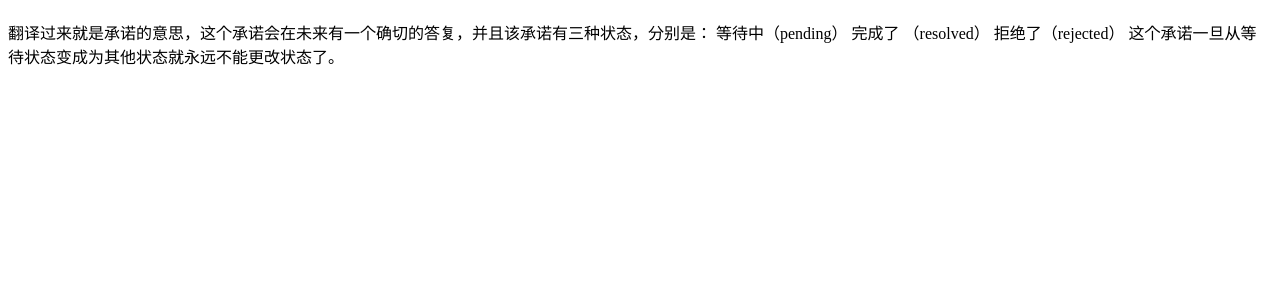
Repository: wuder-jie/Front-end-interview
Page: 01_Promise/index.html
An editor plug-in stored every save of this project. The page is shown before and after the next save, followed by the edit.
The browser window is 1280 px wide. The pictures show the whole page.

Above is the page before, as saved 2022-12-10 12:05:39.

### 01_Promise/index.html
<!DOCTYPE html>
<html lang="en">
  <head>
    <meta charset="UTF-8" />
    <meta http-equiv="X-UA-Compatible" content="IE=edge" />
    <meta name="viewport" content="width=device-width, initial-scale=1.0" />
    <title>Promise</title>
  </head>
  <body>
    <h2></h2>
    翻译过来就是承诺的意思，这个承诺会在未来有一个确切的答复，并且该承诺有三种状态，分别是：
    等待中（pending） 完成了 （resolved） 拒绝了（rejected）
    这个承诺一旦从等待状态变成为其他状态就永远不能更改状态了。
  </body>
</html>

After the next save:
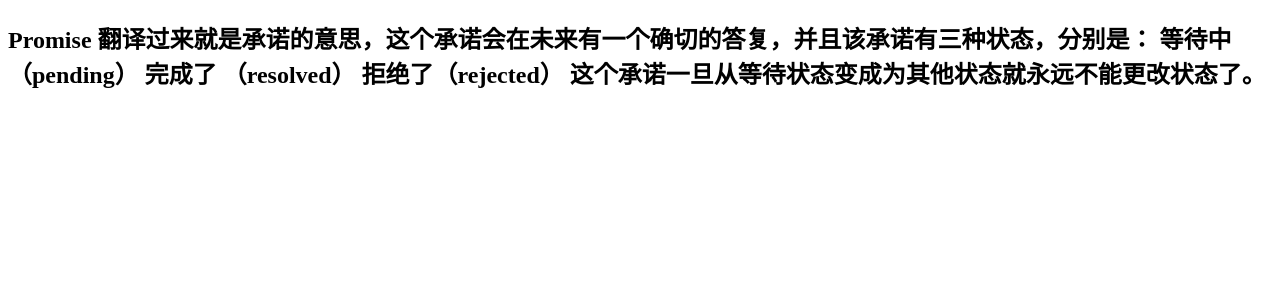
Saved 14 s later.
--- a/01_Promise/index.html
+++ b/01_Promise/index.html
@@ -7,9 +7,11 @@
     <title>Promise</title>
   </head>
   <body>
-    <h2></h2>
-    翻译过来就是承诺的意思，这个承诺会在未来有一个确切的答复，并且该承诺有三种状态，分别是：
-    等待中（pending） 完成了 （resolved） 拒绝了（rejected）
-    这个承诺一旦从等待状态变成为其他状态就永远不能更改状态了。
+    <h2>
+      Promise
+      翻译过来就是承诺的意思，这个承诺会在未来有一个确切的答复，并且该承诺有三种状态，分别是：
+      等待中（pending） 完成了 （resolved） 拒绝了（rejected）
+      这个承诺一旦从等待状态变成为其他状态就永远不能更改状态了。
+    </h2>
   </body>
 </html>
